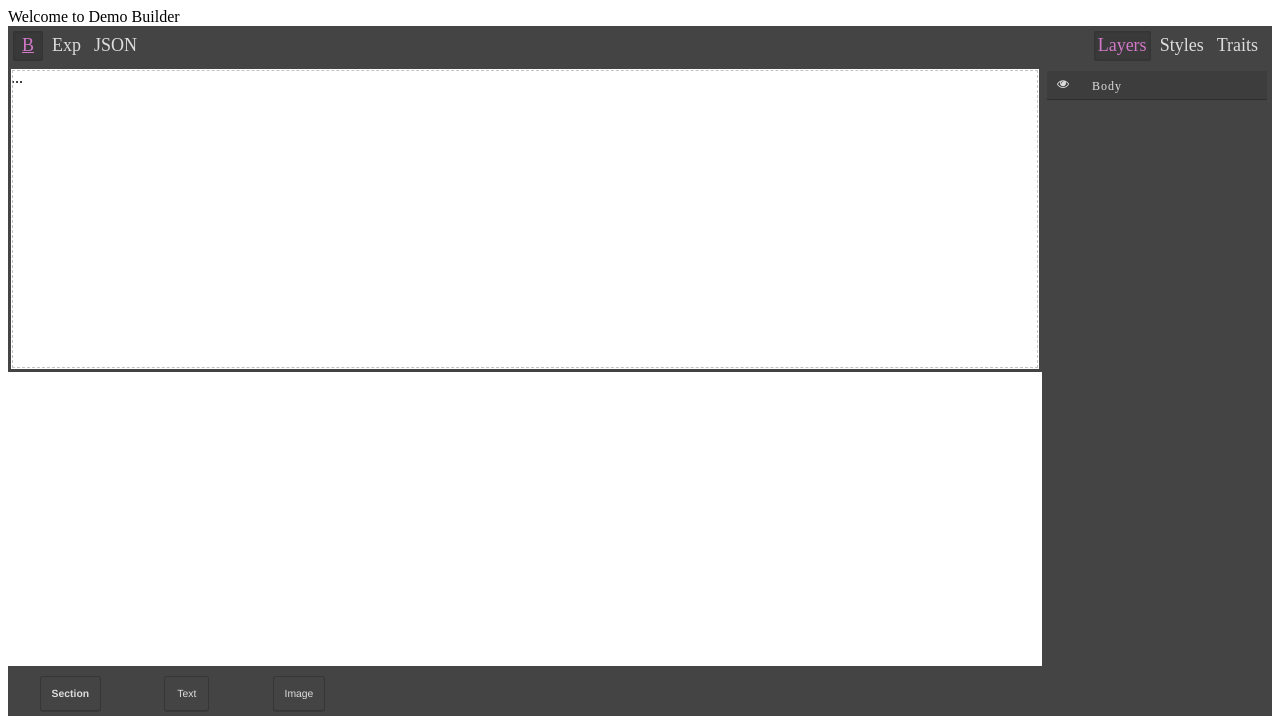
Repository: adityakulkarni000/DemoBuilder
Page: index.html
These files come from the project's save history. The page is drawn as it stood at one moment and after the next save; the edit follows.
The browser window is 1280 px wide. The pictures show the whole page.

Above is the page before, as saved 2022-06-19 01:47:43.

### index.html
<html>
  <header>Welcome to Demo Builder</header>
  <link rel="stylesheet" href="css/grapes.min.css" />
  <script src="lib/grapes.min.js"></script>

  <!-- STYLE SECTION-->
  <style>
    /* Let's highlight canvas boundaries */
    #gjs {
      border: 3px solid #444;
    }

    /* Reset some default styling */
    .gjs-cv-canvas {
      top: 0;
      width: 100%;
      height: 100%;
    }
    .gjs-block {
      width: auto;
      height: auto;
      min-height: auto;
    }
    .panel__top {
      padding: 0;
      width: 100%;
      display: flex;
      position: initial;
      justify-content: center;
      justify-content: space-between;
    }
    .panel__basic-actions {
      position: initial;
    }
    .editor-row {
      display: flex;
      justify-content: flex-start;
      align-items: stretch;
      flex-wrap: nowrap;
      height: 600px;
    }

    .editor-canvas {
      flex-grow: 1;
    }

    .panel__right {
      flex-basis: 230px;
      position: relative;
      overflow-y: auto;
    }
    .panel__switcher {
      position: initial;
    }
  </style>

  <!-- BODY SECTION-->
  <body>
    <div class="panel__top">
      <div class="panel__basic-actions"></div>
      <div class="panel__switcher"></div>
    </div>
    <div class="editor-row">
      <div class="editor-canvas">
        <div id="gjs">...</div>
      </div>
      <div class="panel__right">
        <div class="layers-container"></div>
        <div class="styles-container"></div>
        <div class="traits-container"></div>
      </div>
    </div>
    <div id="blocks"></div>
  </body>

  <!-- SCRIPT SECTION-->
  <script>
    const editor = grapesjs.init({
      // Indicate where to init the editor. You can also pass an HTMLElement
      container: "#gjs",
      // Get the content for the canvas directly from the element
      // As an alternative we could use: `components: '<h1>Hello World Component!</h1>'`,
      fromElement: true,
      // Size of the editor
      height: "300px",
      width: "auto",
      // Disable the storage manager for the moment
      storageManager: false,
      // Avoid any default panel
      panels: { defaults: [] },

      blockManager: {
        appendTo: "#blocks",
        blocks: [
          {
            id: "section", // id is mandatory
            label: "<b>Section</b>", // You can use HTML/SVG inside labels
            attributes: { class: "gjs-block-section" },
            content: `<section>
          <h1>This is a simple title</h1>
          <div>This is just a Lorem text: Lorem ipsum dolor sit amet</div>
        </section>`,
          },
          {
            id: "text",
            label: "Text",
            content: '<div data-gjs-type="text">Insert your text here</div>',
          },
          {
            id: "image",
            label: "Image",
            // Select the component once it's dropped
            select: true,
            // You can pass components as a JSON instead of a simple HTML string,
            // in this case we also use a defined component type `image`
            content: { type: "image" },
            // This triggers `active` event on dropped components and the `image`
            // reacts by opening the AssetManager
            activate: true,
          },
        ],
      },
      layerManager: {
        appendTo: ".layers-container",
      },
      // We define a default panel as a sidebar to contain layers
      panels: {
        defaults: [
          {
            id: "layers",
            el: ".panel__right",
            // Make the panel resizable
            resizable: {
              maxDim: 350,
              minDim: 200,
              tc: 0, // Top handler
              cl: 1, // Left handler
              cr: 0, // Right handler
              bc: 0, // Bottom handler
              // Being a flex child we need to change `flex-basis` property
              // instead of the `width` (default)
              keyWidth: "flex-basis",
            },
          },
          {
            id: "panel-switcher",
            el: ".panel__switcher",
            buttons: [
              {
                id: "show-layers",
                active: true,
                label: "Layers",
                command: "show-layers",
                // Once activated disable the possibility to turn it off
                togglable: false,
              },
              {
                id: "show-style",
                active: true,
                label: "Styles",
                command: "show-styles",
                togglable: false,
              },
              {
                id: "show-traits",
                active: true,
                label: "Traits",
                command: "show-traits",
                togglable: false,
              },
            ],
          },
        ],
      },
      selectorManager: {
        appendTo: ".styles-container",
      },
      styleManager: {
        appendTo: ".styles-container",
        sectors: [
          {
            name: "Dimension",
            open: false,
            // Use built-in properties
            buildProps: ["width", "min-height", "padding"],
            // Use `properties` to define/override single property
            properties: [
              {
                // Type of the input,
                // options: integer | radio | select | color | slider | file | composite | stack
                type: "integer",
                name: "The width", // Label for the property
                property: "width", // CSS property (if buildProps contains it will be extended)
                units: ["px", "%"], // Units, available only for 'integer' types
                defaults: "auto", // Default value
                min: 0, // Min value, available only for 'integer' types
              },
            ],
          },
          {
            name: "Extra",
            open: false,
            buildProps: ["background-color", "box-shadow", "custom-prop"],
            properties: [
              {
                id: "custom-prop",
                name: "Custom Label",
                property: "font-size",
                type: "select",
                defaults: "32px",
                // List of options, available only for 'select' and 'radio'  types
                options: [
                  { value: "12px", name: "Tiny" },
                  { value: "18px", name: "Medium" },
                  { value: "32px", name: "Big" },
                ],
              },
            ],
          },
        ],
      },
      traitManager: {
        appendTo: ".traits-container",
      },
    });

    editor.Panels.addPanel({
      id: "panel-top",
      el: ".panel__top",
    });
    editor.Panels.addPanel({
      id: "basic-actions",
      el: ".panel__basic-actions",
      buttons: [
        {
          id: "visibility",
          active: true, // active by default
          className: "btn-toggle-borders",
          label: "<u>B</u>",
          command: "sw-visibility", // Built-in command
        },
        {
          id: "export",
          className: "btn-open-export",
          label: "Exp",
          command: "export-template",
          context: "export-template", // For grouping context of buttons from the same panel
        },
        {
          id: "show-json",
          className: "btn-show-json",
          label: "JSON",
          context: "show-json",
          command(editor) {
            editor.Modal.setTitle("Components JSON")
              .setContent(
                `<textarea style="width:100%; height: 250px;">
            ${JSON.stringify(editor.getComponents())}
          </textarea>`
              )
              .open();
          },
        },
      ],
    });
    editor.Commands.add("show-layers", {
      getRowEl(editor) {
        return editor.getContainer().closest(".editor-row");
      },
      getLayersEl(row) {
        return row.querySelector(".layers-container");
      },

      run(editor, sender) {
        const lmEl = this.getLayersEl(this.getRowEl(editor));
        lmEl.style.display = "";
      },
      stop(editor, sender) {
        const lmEl = this.getLayersEl(this.getRowEl(editor));
        lmEl.style.display = "none";
      },
    });
    editor.Commands.add("show-styles", {
      getRowEl(editor) {
        return editor.getContainer().closest(".editor-row");
      },
      getStyleEl(row) {
        return row.querySelector(".styles-container");
      },

      run(editor, sender) {
        const smEl = this.getStyleEl(this.getRowEl(editor));
        smEl.style.display = "";
      },
      stop(editor, sender) {
        const smEl = this.getStyleEl(this.getRowEl(editor));
        smEl.style.display = "none";
      },
    });
    editor.Commands.add("show-traits", {
      getTraitsEl(editor) {
        const row = editor.getContainer().closest(".editor-row");
        return row.querySelector(".traits-container");
      },
      run(editor, sender) {
        this.getTraitsEl(editor).style.display = "";
      },
      stop(editor, sender) {
        this.getTraitsEl(editor).style.display = "none";
      },
    });
  </script>
</html>

Loaded but not shown: css/grapes.min.css (library); lib/grapes.min.js (library)

After the next save:
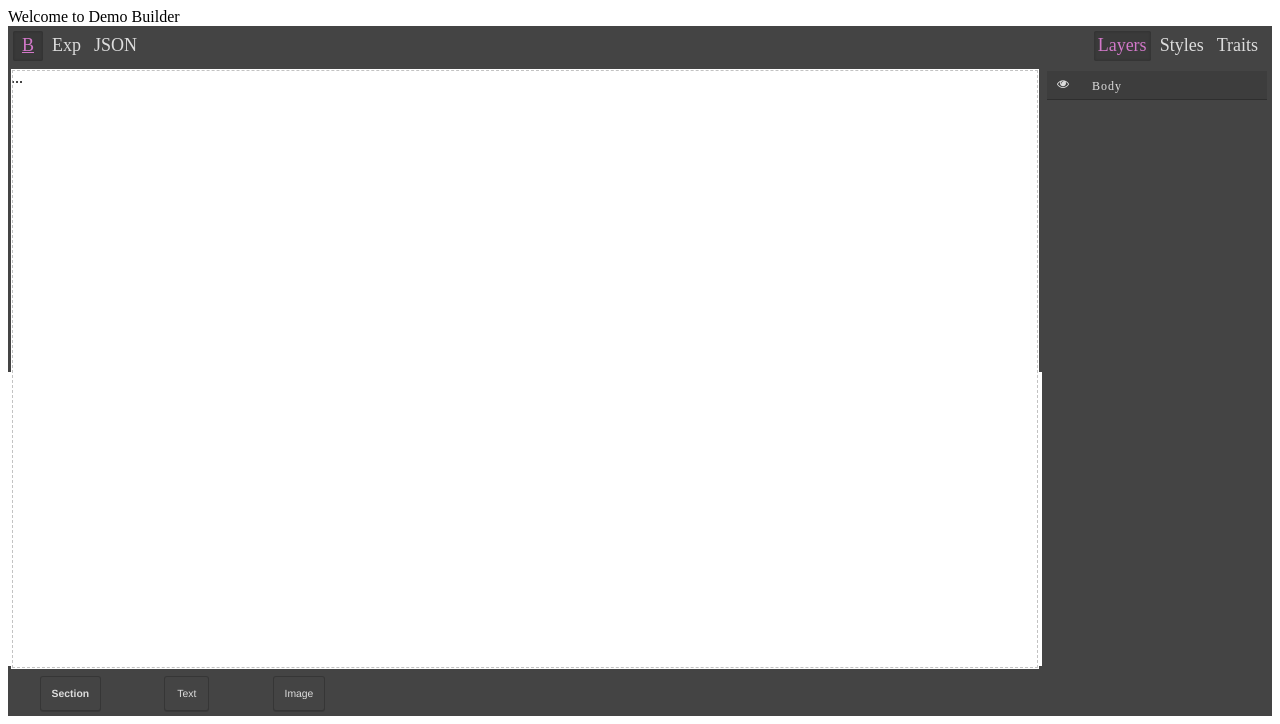
Saved 99 s later.
--- a/index.html
+++ b/index.html
@@ -14,7 +14,7 @@
     .gjs-cv-canvas {
       top: 0;
       width: 100%;
-      height: 100%;
+      height: 200%;
     }
     .gjs-block {
       width: auto;
